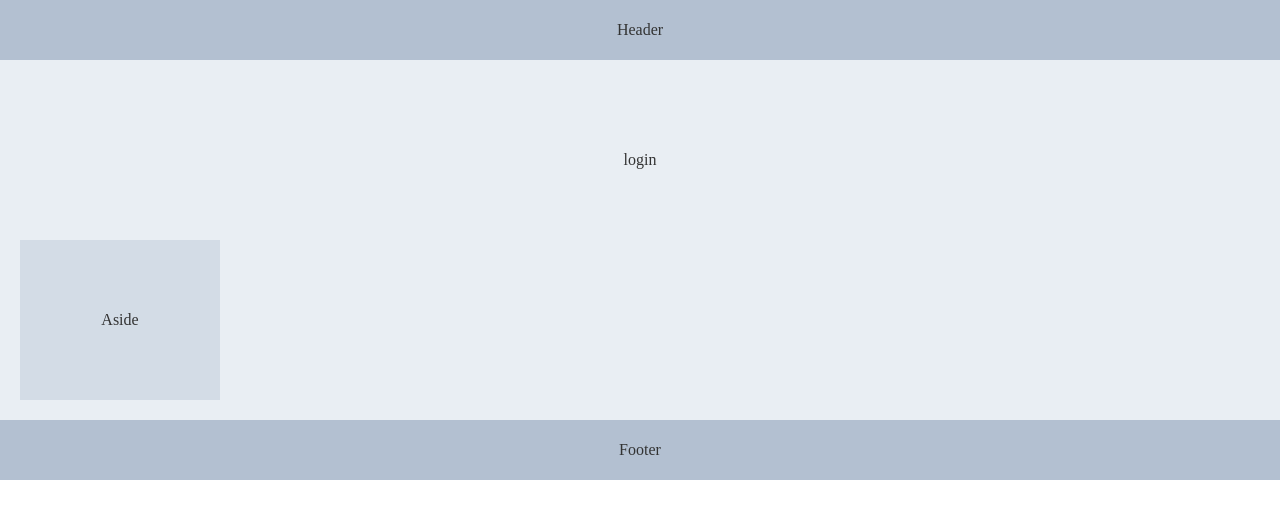
Repository: Trayvon21/cnode
Page: /login
The author's editor kept a copy of each file at every save. The page is drawn from the files as they stood at one save, then again after the next save.
The browser window is 1280 px wide. The pictures show the whole page.
The project was rebuilt for these pictures with package versions that can differ from the ones it lists, and the page was loaded fresh each time. Also part of the build but not shown: vue.config.js.

Above is the page before, as saved 2019-12-16 13:26:04.

### public/index.html
<!DOCTYPE html>
<html lang="en">

<head>
    <meta charset="utf-8">
    <meta http-equiv="X-UA-Compatible" content="IE=edge">
    <meta name="viewport" content="width=device-width,initial-scale=1.0">
    <link rel="stylesheet" href="./css/reset.css">
    <link rel="icon" href="<%= BASE_URL %>favicon.ico">
    <title>demo</title>
</head>

<body>
    <noscript>
      <strong>We're sorry but demo doesn't work properly without JavaScript enabled. Please enable it to continue.</strong>
    </noscript>
    <div id="app"></div>
    <!-- built files will be auto injected -->
</body>

</html>

### src/main.js
import Vue from 'vue'
import App from './App.vue'
import router from './router'
import store from './store'
import service from './http'
import ElementUI from 'element-ui';
import 'element-ui/lib/theme-chalk/index.css';
import axios from 'axios'
Vue.use(ElementUI);
Vue.config.productionTip = false
Vue.prototype.$axios = service
new Vue({
    router,
    store,
    render: h => h(App)
}).$mount('#app')

### src/App.vue
<template>
 <div>
<router-view></router-view>
 </div>
</template>

<script>
 export default {
   data () {
     return {

     }
   },
   components: {

   },
   methods: {

   },
   mounted() {

   },
   watch: {

   },
   computed: {

   }
 }
</script>

<style scoped lang='scss'>

</style>

### src/router/index.js
import Vue from 'vue'
import VueRouter from 'vue-router'
import Home from '../views/Home.vue'

Vue.use(VueRouter)

const routes = [{
        path: '/',
        component: Home,
        children: [{
            path: '',
            name: 'main',
            component: () =>
                import ('../views/main/Main')
        }]
    }, {
        path: '/login',
        component: Home,
        children: [{
            path: '',
            name: 'login',
            component: () =>
                import ('../views/Login/Login')
        }]
    }, {
        path: '/:id',
        component: Home,
        children: [{
            path: '',
            name: 'detail',
            component: () =>
                import ('../views/detail/Detail')
        }]
    }, {
        path: '*',
        name: 'error',
        component: () => ('../views/error')
    }

]

const router = new VueRouter({
    mode: 'history',
    base: process.env.BASE_URL,
    routes
})

export default router

### src/http/index.js
import axios from 'axios'
import qs from 'qs'
import { Loading, Message } from 'element-ui'

// let loading = null


// 判断当前环境是生产环境还是开发环境
// process.env.NODE_ENV的值决定当前环境
// production为生产环境 development为开发环境
const isProduction = process.env.NODE_ENV === 'production'

// 创建axios配置对象
const service = axios.create()

// 接口基础路径
service.defaults.baseURL = isProduction ? '线上接口路径' : '/api'

// 超时时间
service.defaults.timeout = 10000
    // 请求头类型
service.defaults.headers.post['Content-Type'] = 'application/x-www-form-urlencoded'

// 请求拦截器
service.interceptors.request.use(config => {
    loading = Loading.service({
        text: '正在加载中......'
    })
    let token = localStorage.getItem('adminToken')
        // 每次请求 都在请求头带上token
    if (token) {
        config.headers['Authorization'] = 'Bearer ' + token
    }
    return config
}, err => {
    console.log(err)
    return Promise.reject(err)
})

// 响应拦截器
service.interceptors.response.use(response => {
    if (loading) {
        loading.close()
    }
    return response.data
}, err => {
    // if (err.response.status === 401) {
    //   Message.error(err.response.data.msg)
    // }
})

service.req = function(...params) {
    if (params.length === 1) {
        return service.get(params[0])
    }
    if (params.length === 2) {
        return service.post(params[0], qs.stringify(params[1]))
    }
}

export default service

### src/views/Home.vue
<template>
  <div>
    <el-container>
      <el-header>Header</el-header>
      <el-main>
        <router-view />
        <el-aside width="200px">Aside</el-aside>
      </el-main>
      <el-footer>Footer</el-footer>
    </el-container>
  </div>
</template>

<script>
export default {
  data() {
    return {};
  },
  components: {},
  methods: {},
  mounted() {},
  watch: {},
  computed: {}
};
</script>

<style scoped lang='scss'>
.el-main {
  background-color: #e9eef3;
  color: #333;
  text-align: center;
  line-height: 160px;
}
.el-aside {
  background-color: #d3dce6;
  color: #333;
  text-align: center;
}
.el-header,
.el-footer {
  background-color: #b3c0d1;
  color: #333;
  text-align: center;
  line-height: 60px;
}
body > .el-container {
  margin-bottom: 40px;
}
</style>

### src/views/Login/Login.vue
<template>
  <div>login</div>
</template>

<script>
export default {
  data() {
    return {};
  },
  components: {},
  methods: {},
  mounted() {},
  watch: {},
  computed: {}
};
</script>

<style scoped lang='scss'>
</style>

Loaded but not shown: src/store/index.js (common file); public/css/reset.css (common file)

After the next save:
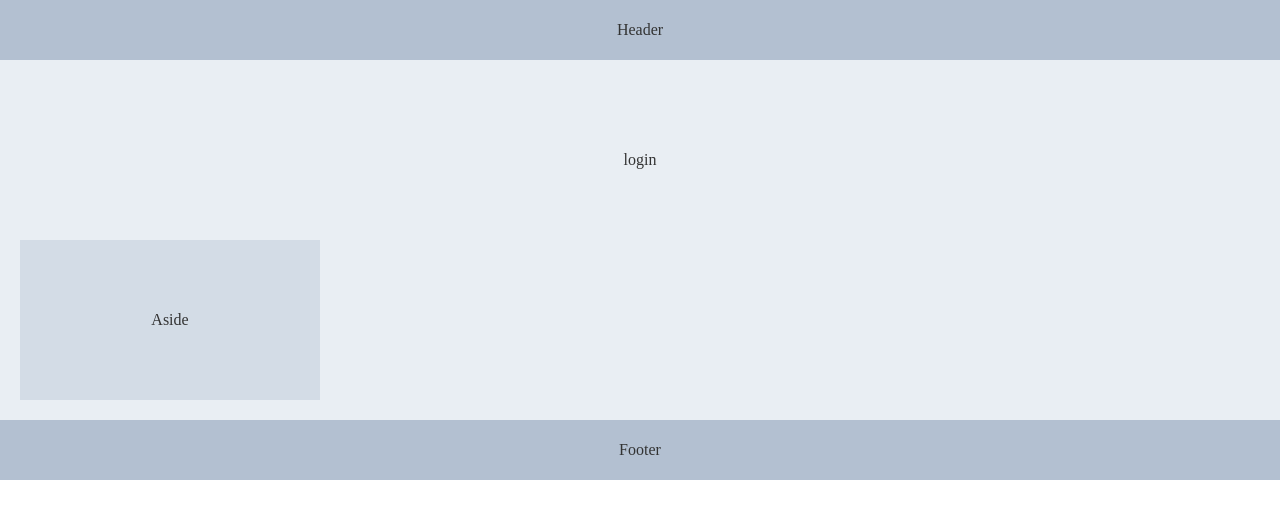
Saved 18 s later.
--- a/src/views/Home.vue
+++ b/src/views/Home.vue
@@ -4,7 +4,7 @@
       <el-header>Header</el-header>
       <el-main>
         <router-view />
-        <el-aside width="200px">Aside</el-aside>
+        <el-aside>Aside</el-aside>
       </el-main>
       <el-footer>Footer</el-footer>
     </el-container>
